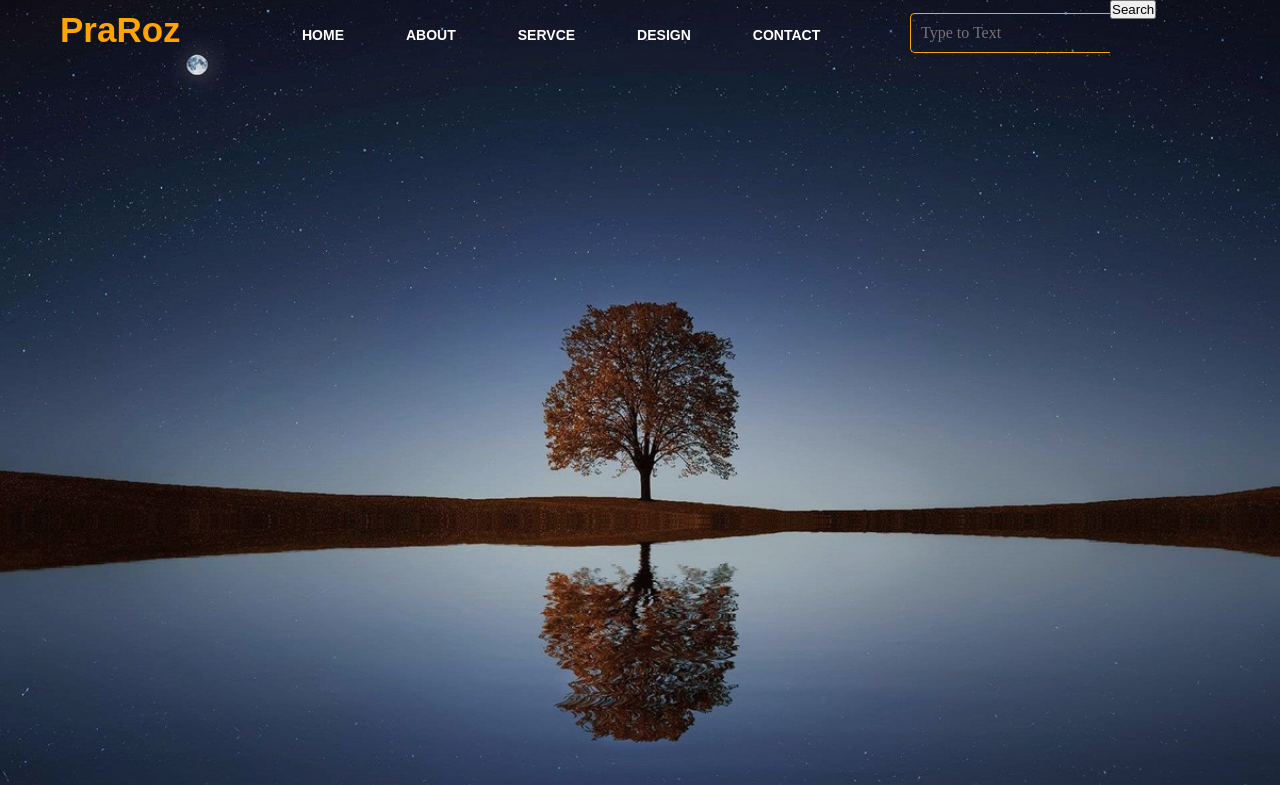
Repository: HuynhDuc23/project3
Page: index.html
An editor plug-in stored every save of this project. The page is shown before and after the next save, followed by the edit.
The browser window is 1280 px wide. The pictures show the whole page.

Above is the page before, as saved 2023-05-04 14:55:32.

### index.html
<html lang="en">
<head>
    <meta charset="UTF-8">
    <meta http-equiv="X-UA-Compatible" content="IE=edge">
    <meta name="viewport" content="width=device-width, initial-scale=1.0">
    <link rel="stylesheet" href="https://cdnjs.cloudflare.com/ajax/libs/font-awesome/6.4.0/css/all.min.css" integrity="sha512-iecdLmaskl7CVkqkXNQ/ZH/XLlvWZOJyj7Yy7tcenmpD1ypASozpmT/E0iPtmFIB46ZmdtAc9eNBvH0H/ZpiBw==" crossorigin="anonymous" referrerpolicy="no-referrer" />
    <link rel="stylesheet" href="style.css">
    <title>Document</title>
</head>
<body>
    <div class="main">
        <div class="navbar">
            <div class="icon">
                <h2 class="logo">PraRoz</h2>
            </div>
            <div class="menu">
                <ul>
                    <li><a href="#">HOME</a> </li>
                    <li><a href="#">ABOUT</a></li>
                    <li><a href="#">SERVCE</a></li>
                    <li><a href="#">DESIGN</a></li>
                    <li><a href="#">CONTACT</a></li>
                </ul>
            </div>
            <div class="search">
                <input type="search" class="srch" placeholder="Type to Text">
                <a href="#"><button class="btn">Search</button></a>
            </div>
        </div>
    </div>
</body>
</html>

### style.css
* {
    margin: 0;
    padding: 0;
}
.main {
    width: 100%;
    background-image: linear-gradient(to right bottom , rgba(176, 55, 55, 0),rgba(0, 0, 0, 0.286)),url("img/Project3.png");
    background-position: center;
    background-size: cover;
    background-repeat: no-repeat;
    height: 109vh;
}
.navbar
{
    width: 1200px;
    height: 75px;
    margin: auto;
    /* overflow: hidden; */
}
.icon {
    width: 200px;
    float: left;
    height: 70px;

}
.logo {
    color: orange;
    font-size: 35px;
    font-family: Arial, Helvetica, sans-serif;
    padding-left: 20px;
    float: left;
    padding-top: 10px;
}
.menu {
    width: 400px;
    height: 70px;
    float: left;
}
ul {
    float: left;
    display: flex;
    justify-content: center;
    align-items: center;
}
ul li {
    list-style: none;
     margin-left: 62px;
     margin-top: 27px;
     font-size: 14px;
}
ul li a {
    text-decoration: none;
    color: white;
    text-transform: uppercase;
    font-family: Arial, Helvetica, sans-serif;
    transition: 0.5s ease-in-out;
    font-weight: bold;

}
ul li a:hover {
    color: orange;
}
.search {
    width: 330px;
    margin-left: 270px;
    float: left;
}
.srch {
    font-family: 'Times New Roman', Times, serif;
    width: 200px;
    height: 40px;
    background: transparent;
    border: 1px solid orange;
    margin-top: 13px;
    color: white;
    border-right: none;
    font-size: 16px;
    padding: 10px;
    float: left;
    border-bottom-left-radius: 5px;
    border-top-left-radius: 5px;
}
.bnt {
    width: 100px;
    height: 40px;
    margin-top: 13px;
    color: white;
    background-color: orange;
    text-transform: uppercase;
    border: 2px solid orange;
    border-radius: 5px;
    float: left;
}

After the next save:
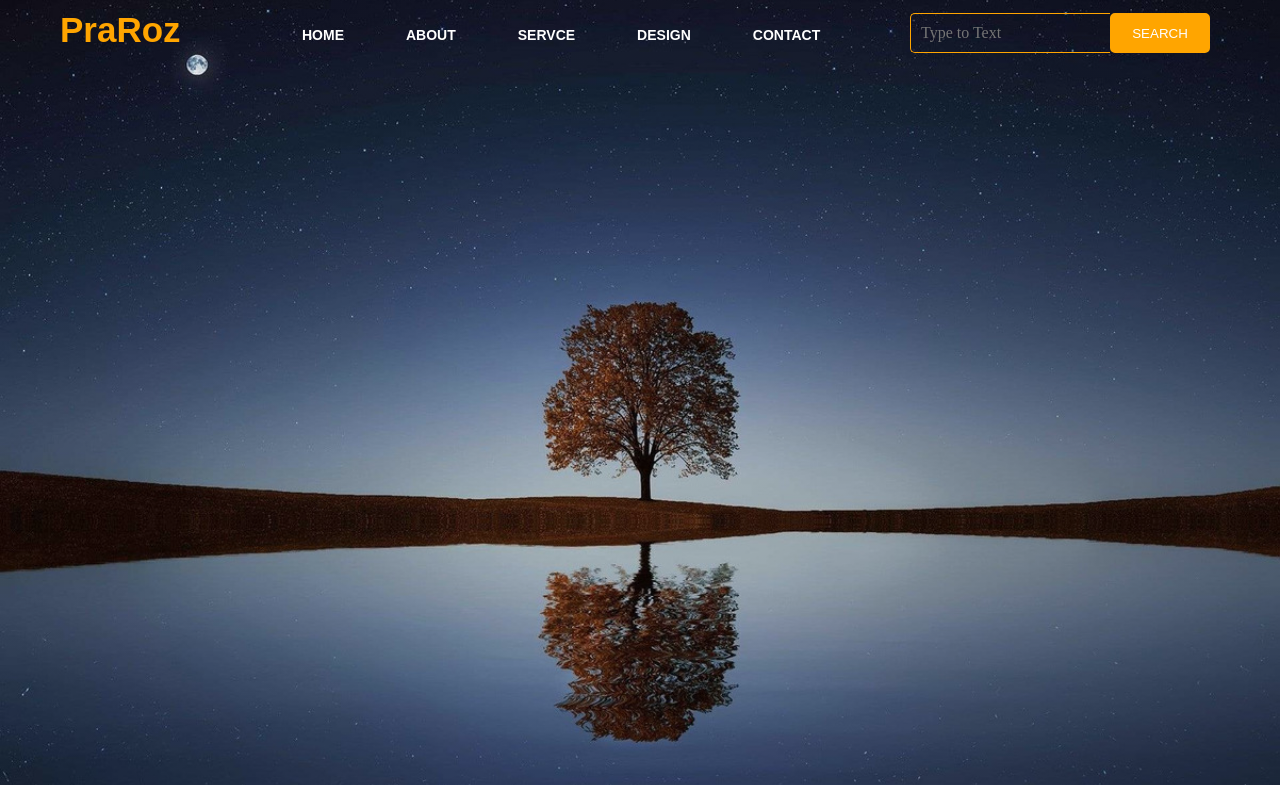
Saved 64 s later.
--- a/style.css
+++ b/style.css
@@ -80,7 +80,7 @@ ul li a:hover {
     border-bottom-left-radius: 5px;
     border-top-left-radius: 5px;
 }
-.bnt {
+.btn {
     width: 100px;
     height: 40px;
     margin-top: 13px;
@@ -90,4 +90,11 @@ ul li a:hover {
     border: 2px solid orange;
     border-radius: 5px;
     float: left;
+
 }
+.btn :focus {
+    outline: none;
+}
+.srch :focus {
+    outline: none;
+}
